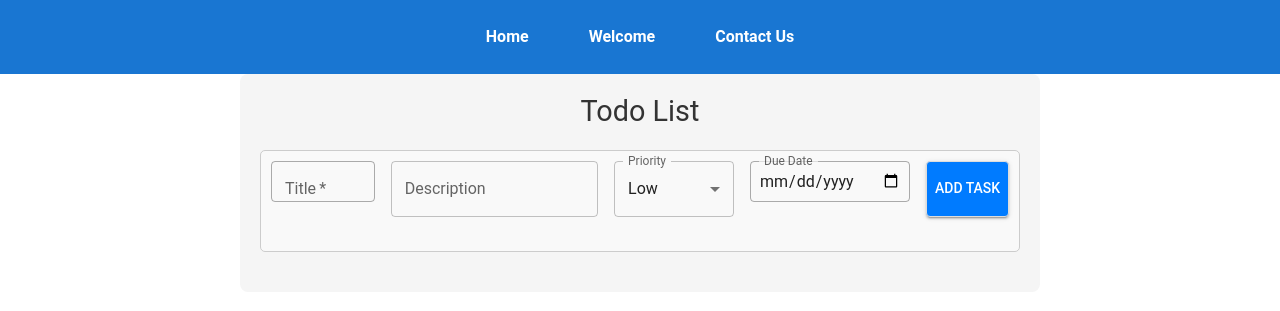
Repository: HPNChanel/Todo-List-Web-App
Page: / (app in frontend/todolist/)
The author's editor kept a copy of each file at every save. The page is drawn from the files as they stood at one save, then again after the next save.
The browser window is 1280 px wide. The pictures show the whole page.
The page's requests for data from a server got no answer. The project was rebuilt for these pictures with package versions that can differ from the ones it lists, and the page was loaded fresh each time. No one was signed in, and anything a server would have sent is missing. Also part of the build but not shown: frontend/todolist/src/styles/TaskItem.css, frontend/todolist/src/components/TaskItem.js, frontend/todolist/src/styles/WelcomePage.css, frontend/todolist/src/pages/WelcomePage.js. Imported but missing from the stored project, and not drawn on this page: frontend/todolist/src/components/ContactUs.

Above is the page before, as saved 2024-11-05 09:27:57.

After the next save:
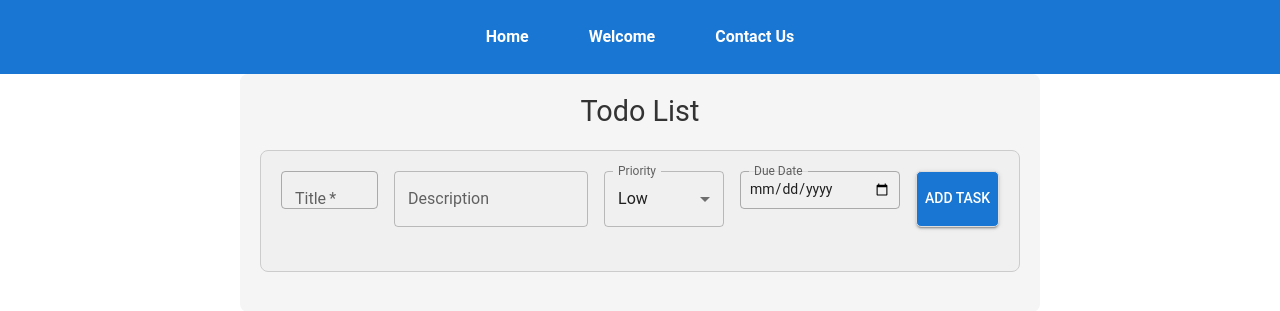
Saved 10 s later.
--- a/frontend/todolist/src/styles/TaskForm.css
+++ b/frontend/todolist/src/styles/TaskForm.css
@@ -2,24 +2,27 @@
   display: flex;
   gap: 10px;
   margin-bottom: 20px;
-  padding: 10px;
+  padding: 20px;
   border: 1px solid #ccc;
-  border-radius: 5px;
-  background-color: #f9f9f9;
+  border-radius: 8px;
+  background-color: #f0f0f0;
+  align-items: center;
 }
 
 .task-form input,
 .task-form select,
 .task-form button {
   padding: 8px;
-  border-radius: 4px;
+  border-radius: 5px;
   border: 1px solid #ddd;
+  font-size: 14px;
 }
 
 .task-form button {
-  background-color: #007bff;
+  background-color: #1976d2;
   color: white;
   cursor: pointer;
+  transition: background-color 0.3s ease;
 }
 
 .task-form button:hover {
